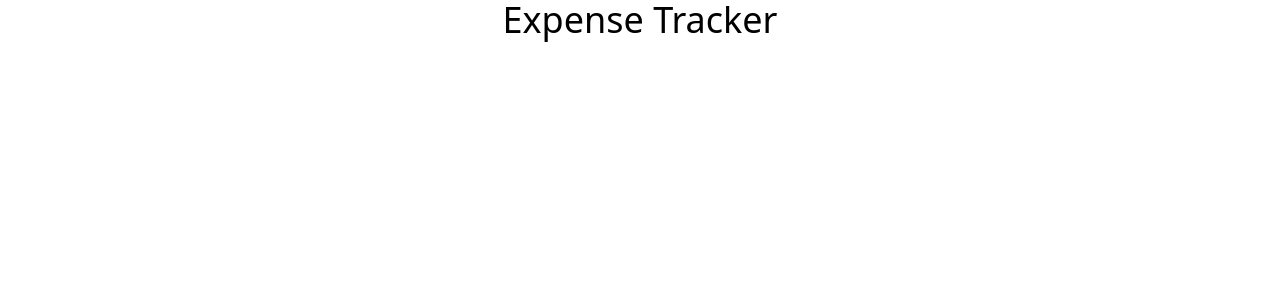
Repository: Syed-Mohsin-Ali786/frontend-expense-tracker
Page: /signup
The author's editor kept a copy of each file at every save. The page is drawn from the files as they stood at one save, then again after the next save.
The browser window is 1280 px wide. The pictures show the whole page.
The project was rebuilt for these pictures with package versions that can differ from the ones it lists, and the page was loaded fresh each time.

Above is the page before, as saved 2025-09-28 13:28:42.

After the next save:
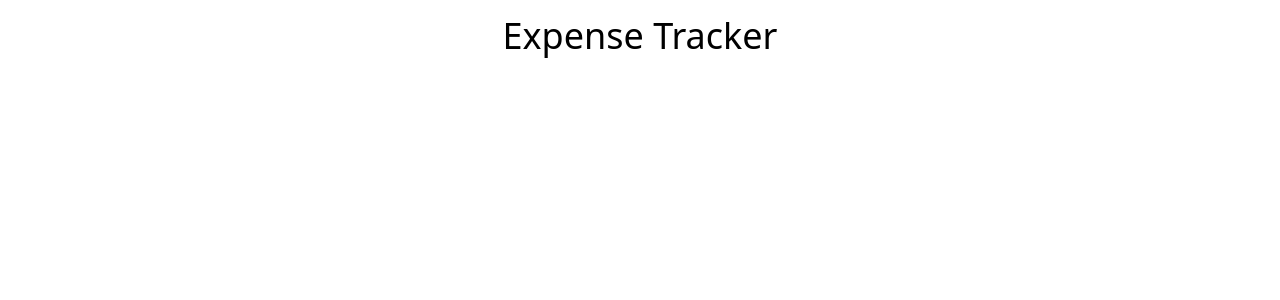
Saved 31 s later.
--- a/src/App.tsx
+++ b/src/App.tsx
@@ -5,7 +5,7 @@ function App() {
 
 
   return (
-    <div className='flex justify-center flex-col items-center'>
+    <div className='flex justify-center flex-col items-center mt-4'>
      <h1 className='text-4xl'>Expense Tracker</h1>
     </div>
   )
